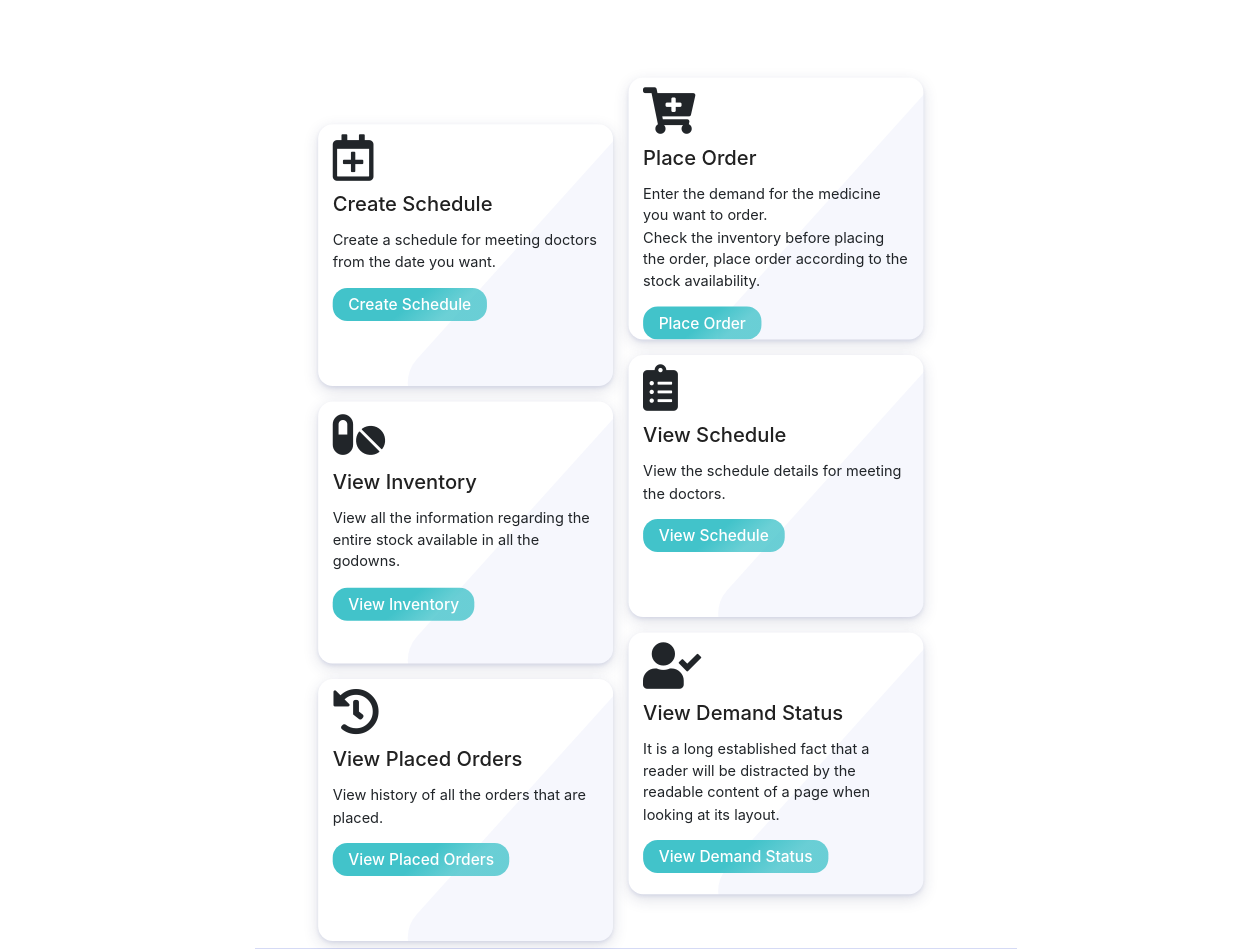
Repository: suffiyanshaikh01/Pharmacy-Project
Page: http://localhost/PharmacyMedicineSupply-WebPortal/WEB-INF/JSP/newHomePage.jsp
An editor plug-in stored every save of this project. The page is shown before and after the next save, followed by the edit.
The browser window is 1280 px wide. The page is 1295 px wide, so the pictures cover 1295 px, including what lies to the right of the window. The pictures show the whole page, at 97% of full size.
Some web libraries are served in a nearby version. The page is served by Tomcat 9. Nobody is signed in. Other server files are loaded and not shown. The template is opened directly, without the code that normally fills it, so the values that code supplies are empty.

Above is the page before, as saved 2021-05-29 10:49:51.

### PharmacyMedicineSupply-WebPortal/src/main/webapp/WEB-INF/JSP/newHomePage.jsp
<%@ page language="java" contentType="text/html; charset=ISO-8859-1"
    pageEncoding="ISO-8859-1"%>
<!DOCTYPE html>
<html>
<head>
<link rel="stylesheet" href="https://maxcdn.bootstrapcdn.com/bootstrap/4.3.1/css/bootstrap.min.css">
<link rel="stylesheet" href="https://use.fontawesome.com/releases/v5.12.1/css/all.css" crossorigin="anonymous">
<style type="text/css">
.section_our_solution .row {
  align-items: center;
}

.our_solution_category {
  display: flex;
  flex-direction: row;
  flex-wrap: wrap;
}
.our_solution_category .solution_cards_box {
  display: flex;
  flex-direction: column;
  justify-content: center;
}
.solution_cards_box .solution_card {
  flex: 0 50%;
  background: #fff;
  box-shadow: 0 2px 4px 0 rgba(136, 144, 195, 0.2),
    0 5px 15px 0 rgba(37, 44, 97, 0.15);
  border-radius: 15px;
  margin: 8px;
  padding: 10px 15px;
  position: relative;
  z-index: 1;
  overflow: hidden;
  min-height: 265px;
  transition: 0.7s;
}

.solution_cards_box .solution_card:hover {
  background: #309df0;
  color: #fff;
  transform: scale(1.1);
  z-index: 9;
}

.solution_cards_box .solution_card:hover::before {
  background: rgb(85 108 214 / 10%);
}

.solution_cards_box .solution_card:hover .solu_title h3,
.solution_cards_box .solution_card:hover .solu_description p {
  color: #fff;
}

.solution_cards_box .solution_card:before {
  content: "";
  position: absolute;
  background: rgb(85 108 214 / 5%);
  width: 170px;
  height: 400px;
  z-index: -1;
  transform: rotate(42deg);
  right: -56px;
  top: -23px;
  border-radius: 35px;
}

.solution_cards_box .solution_card:hover .solu_description button {
  background: #fff !important;
  color: #309df0;
}

.solution_card .so_top_icon {
}

.solution_card .solu_title h3 {
  color: #212121;
  font-size: 1.3rem;
  margin-top: 13px;
  margin-bottom: 13px;
}

.solution_card .solu_description p {
  font-size: 15px;
  margin-bottom: 15px;
}

.solution_card .solu_description button {
  border: 0;
  border-radius: 15px;
  background: linear-gradient(
    140deg,
    #42c3ca 0%,
    #42c3ca 50%,
    #42c3cac7 75%
  ) !important;
  color: #fff;
  font-weight: 500;
  font-size: 1rem;
  padding: 5px 16px;
}

.our_solution_content h1 {
  text-transform: capitalize;
  margin-bottom: 1rem;
  font-size: 2.5rem;
}
.our_solution_content p {
}

.hover_color_bubble {
  position: absolute;
  background: rgb(54 81 207 / 15%);
  width: 100rem;
  height: 100rem;
  left: 0;
  right: 0;
  z-index: -1;
  top: 16rem;
  border-radius: 50%;
  transform: rotate(-36deg);
  left: -18rem;
  transition: 0.7s;
}

.solution_cards_box .solution_card:hover .hover_color_bubble {
  top: 0rem;
}

.solution_cards_box .solution_card .so_top_icon {
  width: 60px;
  height: 60px;
  border-radius: 50%;
  background: #fff;
  overflow: hidden;
  display: flex;
  align-items: center;
  justify-content: center;
}

.solution_cards_box .solution_card .so_top_icon img {
  width: 40px;
  height: 50px;
  object-fit: contain;
}

/*start media query*/
@media screen and (min-width: 320px) {
  .sol_card_top_3 {
    position: relative;
    top: 0;
  }

  .our_solution_category {
    width: 100%;
    margin: 0 auto;
  }

  .our_solution_category .solution_cards_box {
    flex: auto;
  }
}
@media only screen and (min-width: 768px) {
  .our_solution_category .solution_cards_box {
    flex: 1;
  }
}
@media only screen and (min-width: 1024px) {
  .sol_card_top_3 {
    position: relative;
    top: -3rem;
  }
  .our_solution_category {
    width: 50%;
    margin: 0 auto;
  }
}

</style>
<meta charset="ISO-8859-1">
<title>Homepage</title>
</head>
<body>
<br><br><br><br><br>
<div class="section_our_solution">
  <div class="row">
    <div class="col-lg-12 col-md-12 col-sm-12">
      <div class="our_solution_category">
        <div class="solution_cards_box">
         <!--card start  -->
          <div class="solution_card">
            <div class="hover_color_bubble"></div>
            <div><i class="far fa-calendar-plus fa-3x"></i></i></div>
            <div class="solu_title">
              <h3>Create Schedule</h3>
            </div>
            <div class="solu_description">
              <p>
                Create a schedule for meeting doctors<br>
                 from the date you want.
              </p>
              <button type="button" class="read_more_btn">Create Schedule</button>
            </div>
          </div>

          <!--card end  -->

          <div class="solution_card">
            <div class="hover_color_bubble"></div>
            <div><i class="fas fa-pills fa-3x"></i></div>
            <div class="solu_title">
              <h3>View Inventory</h3>
            </div>
            <div class="solu_description">
              <p>
                View all the information regarding the<br>entire stock available in all the godowns.
              </p>
              <button type="button" class="read_more_btn">View Inventory</button>
            </div>
          </div>

          <div class="solution_card">
            <div class="hover_color_bubble"></div>
            <div><i class="fas fa-history fa-3x"></i></div>
            <div class="solu_title">
              <h3>View Placed Orders</h3>
            </div>
            <div class="solu_description">
              <p>
                View history of all the orders that are placed.
              </p>
              <button type="button" class="read_more_btn">View Placed Orders</button>
            </div>
          </div>

        </div>
        <!--  -->
        <div class="solution_cards_box sol_card_top_3">
          <div class="solution_card">
            <div class="hover_color_bubble"></div>
            <div><i class="fas fa-cart-plus fa-3x"></i></div>
            <div class="solu_title">
              <h3>Place Order</h3>
            </div>
            <div class="solu_description">
              <p>
                Enter the demand for the medicine you want to order.<br>
                Check the inventory before placing the order, place order according to the stock availability.
              </p>
              <button type="button" class="read_more_btn">Place Order</button>
            </div>
          </div>
          <div class="solution_card">
            <div class="hover_color_bubble"></div>
            <div><i class="fas fa-clipboard-list fa-3x"></i></div>
            <div class="solu_title">
              <h3>View Schedule</h3>
            </div>
            <div class="solu_description">
              <p>
                View the schedule details for meeting the doctors.
              </p>
              <button type="button" class="read_more_btn">View Schedule</button>
            </div>
          </div>
          <!--5th card  -->
          <div class="solution_card">
            <div class="hover_color_bubble"></div>
            <div><i class="fas fa-user-check fa-3x"></i></div>
            <div class="solu_title">
              <h3>View Demand Status</h3>
            </div>
            <div class="solu_description">
              <p>
                It is a long established fact that a reader will be distracted by the readable content of a page when looking at its layout.
              </p>
              <button type="button" class="read_more_btn">View Demand Status</button>
            </div>
          </div>
          <!--end  -->
        </div>
      </div>
    </div>
  </div>
</div>


</body>
</html>

After the next save:
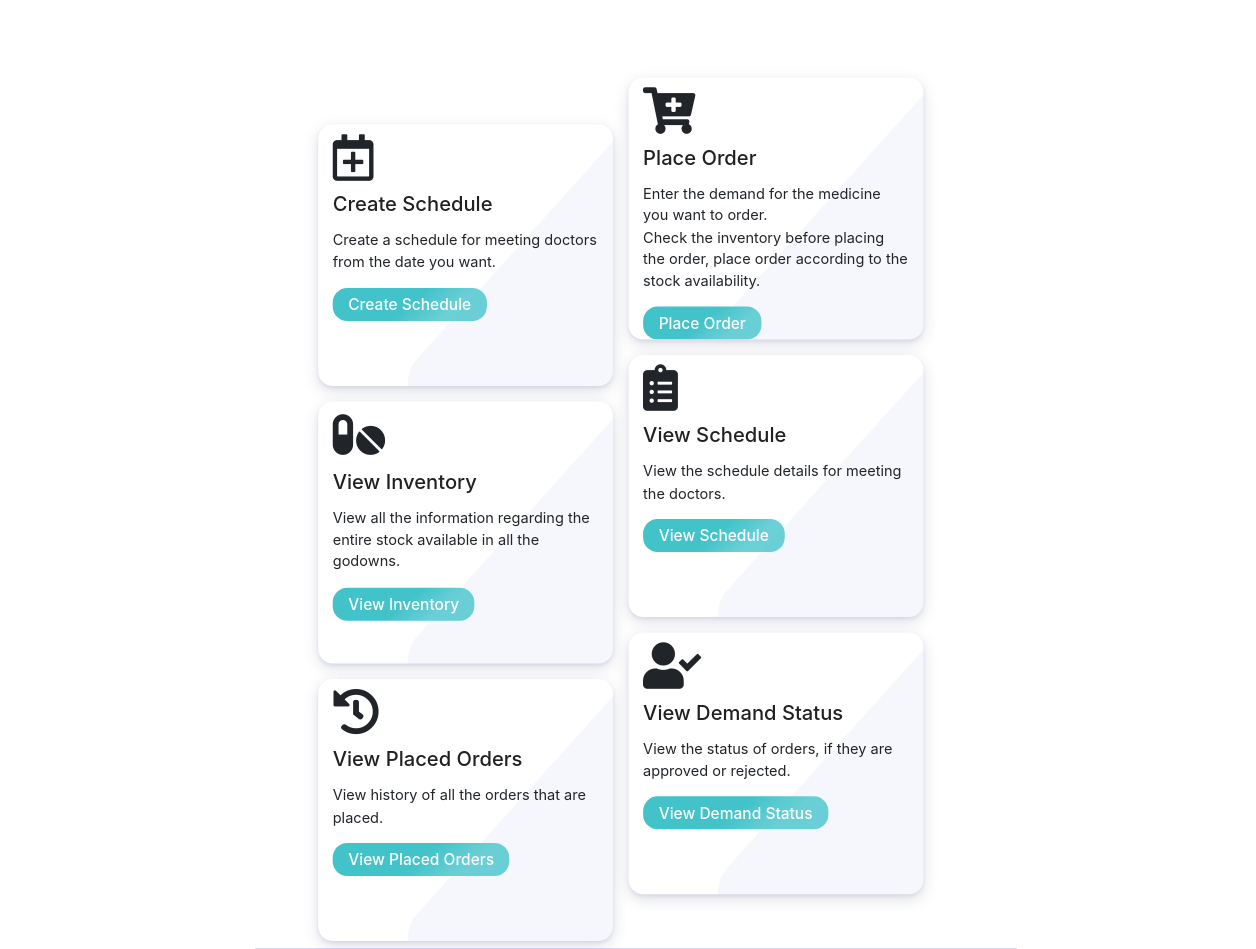
Saved 37 s later.
--- a/PharmacyMedicineSupply-WebPortal/src/main/webapp/WEB-INF/JSP/newHomePage.jsp
+++ b/PharmacyMedicineSupply-WebPortal/src/main/webapp/WEB-INF/JSP/newHomePage.jsp
@@ -271,7 +271,7 @@
             </div>
             <div class="solu_description">
               <p>
-                It is a long established fact that a reader will be distracted by the readable content of a page when looking at its layout.
+                View the status of orders, if they are approved or rejected.
               </p>
               <button type="button" class="read_more_btn">View Demand Status</button>
             </div>
